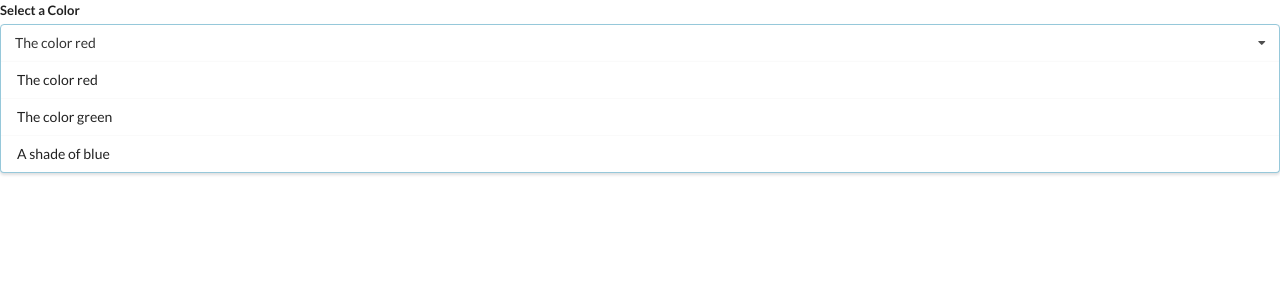
Repository: DaveBaulch/react-course-widgets
Page: /
An editor plug-in stored every save of this project. The page is shown before and after a run of saves, followed by the edit.
The browser window is 1280 px wide. The pictures show the whole page.
The project was rebuilt for these pictures with package versions that can differ from the ones it lists, and the page was loaded fresh each time.

Above is the page before, as saved 2020-12-06 14:05:42.

### src/App.js
import React, { useState } from 'react';
// import Accordion from './components/Accordion';
// import Search from './components/Search';
import Dropdown from './components/Dropdown';

// const items = [
//   {
//     title: 'What is React?',
//     content: 'React is a front end javascript framework'
//   },
//   {
//     title: 'Why use React?',
//     content: 'React is favorite JS library among engineers'
//   },
//   {
//     title: 'How do you use React?',
//     content: 'You use React by creating components'
//   }
// ];

const options = [
  {
    label: 'The color red',
    value: 'red'
  },
  {
    label: 'The color green',
    value: 'green'
  },
  {
    label: 'A shade of blue',
    value: 'blue'
  }
];

export default () => {
  const [selected, setSelected] = useState(options[0]);

  return (
    <div>
      {/*{<Accordion items={items} />
      <Search />*/}
      <Dropdown
        selected={selected}
        onSelectedChange={setSelected}
        options={options}
      />
    </div>
  );
};

### src/components/Dropdown.js
import React from 'react';

const Dropdown = ({ options, selected, onSelectedChange }) => {
  const renderedOptions = options.map((option) => {
    if (option.value)
    return (
      <div
        key={option.value}
        className="item"
        onClick={() => onSelectedChange(option)}
      >
        {option.label}
      </div>
    );
  });

  return (
    <div className="ui form">
      <div className="field">
        <label className="label">Select a Color</label>
        <div className="ui selection dropdown visible active">
          <i className="dropdown icon"></i>
          <div className="text">{selected.label}</div>
          <div className="menu visible transition">{renderedOptions}</div>
        </div>
      </div>
    </div>
  );
};

export default Dropdown;

Loaded but not shown: public/index.html (common file); src/index.js (common file)

After the next 2 saves:
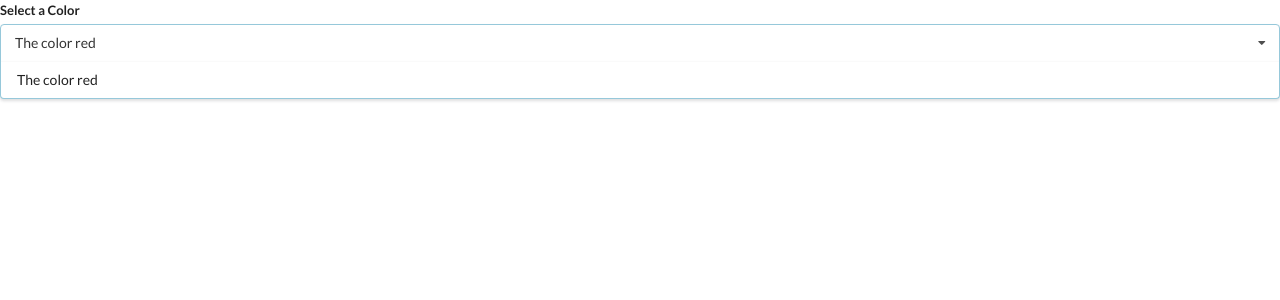
The 2 saves are shown as one change because they came seconds apart.
The last was saved 7 s later.
--- a/src/components/Dropdown.js
+++ b/src/components/Dropdown.js
@@ -2,7 +2,7 @@
 
 const Dropdown = ({ options, selected, onSelectedChange }) => {
   const renderedOptions = options.map((option) => {
-    if (option.value)
+    if (option.value === selected.value)
     return (
       <div
         key={option.value}

After the save that followed:
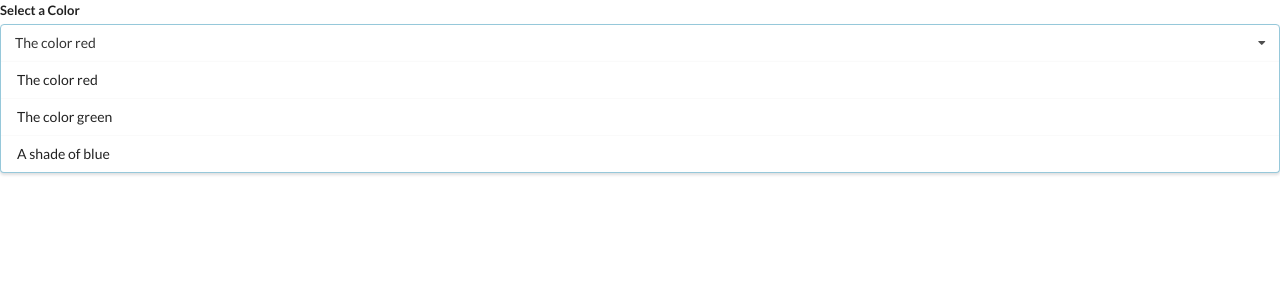
Saved 4 s later.
--- a/src/components/Dropdown.js
+++ b/src/components/Dropdown.js
@@ -2,7 +2,9 @@
 
 const Dropdown = ({ options, selected, onSelectedChange }) => {
   const renderedOptions = options.map((option) => {
-    if (option.value === selected.value)
+    if (option.value === selected.value) {
+
+    }
     return (
       <div
         key={option.value}
